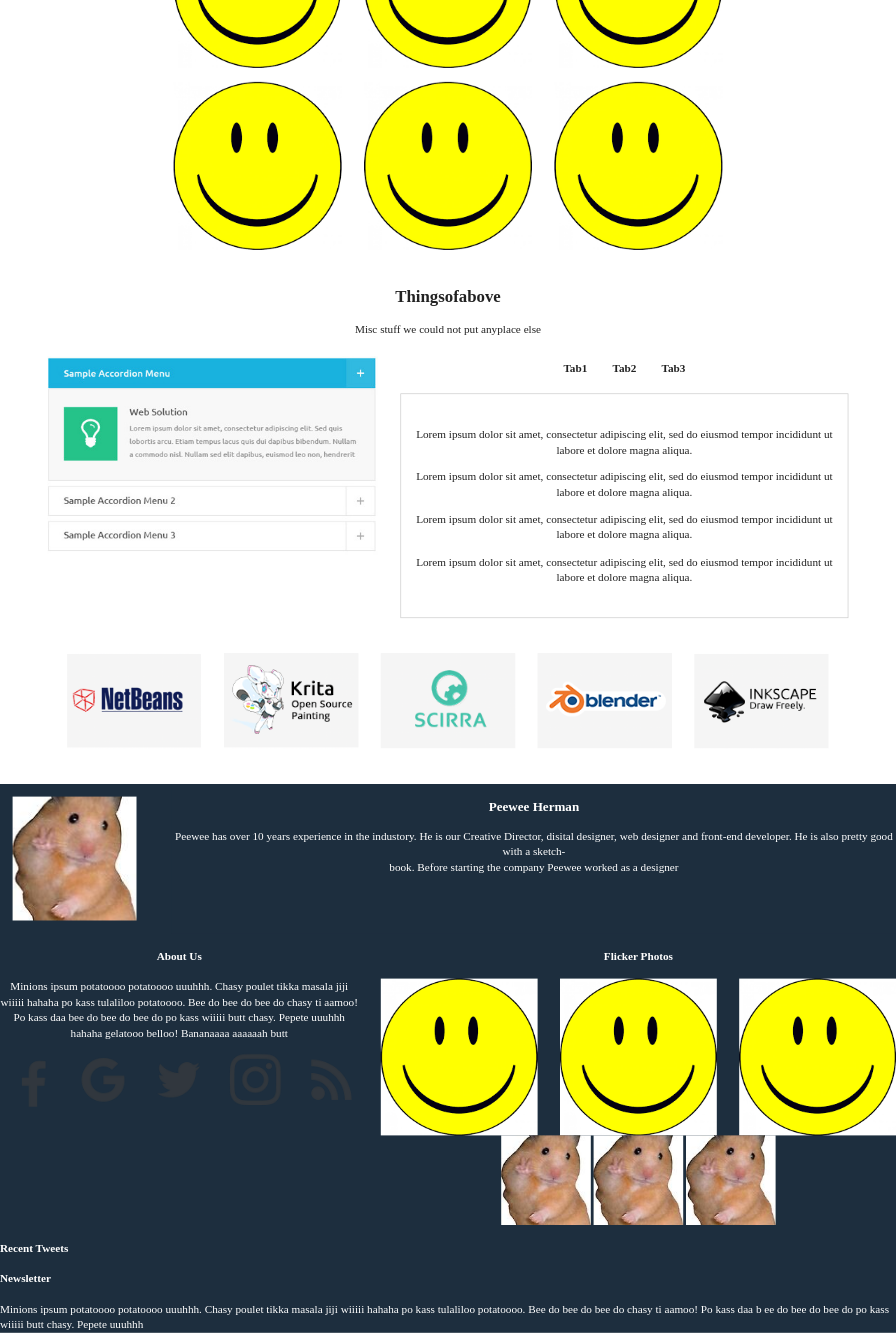
Repository: KanaKimishima/project1-responsive
Page: index.html
An editor plug-in stored every save of this project. The page is shown before and after the next save, followed by the edit.
The browser window is 1280 px wide. The pictures show the part of the page from y = 1850 to 3770 px (the page is 3770 px tall), at 70% of full size.

Above is the page before, as saved 2023-02-06 22:38:34.

### index.html
<!doctype html>
<html class="no-js" lang="">

<head>
  <meta charset="utf-8">
  <title></title>
  <meta name="description" content="">
  <meta name="viewport" content="width=device-width, initial-scale=1">

  <meta property="og:title" content="">
  <meta property="og:type" content="">
  <meta property="og:url" content="">
  <meta property="og:image" content="">

  <link rel="manifest" href="site.webmanifest">
  <link rel="apple-touch-icon" href="icon.png">
  <!-- Place favicon.ico in the root directory -->

  <link rel="stylesheet" href="css/normalize.css">
  <link rel="stylesheet" href="css/main.css">
</head>

<body class="page page-home">
    <header class="page__header">
        <img src="img/logo.png" alt="" class="logo">
        <a href="/">
            <div class="navTab homeTab">
                <img src="img/Home.png" class="navBarIcons">
                <h5>Home</h5>
            </div>
        </a>
        <a href="/">
            <div class="navTab pagesTab">
                <img src="img/pages.png" class="navBarIcons">
                <h5> Pages</h5>
            </div>
        </a>
        <a href="/">
            <div class="navTab blogTab">
                <img src="img/blog.png" class="navBarIcons">
                <h5>Blog</h5>
            </div>
        </a>
        <a href="/">
            <div class="navTab portfolioTab">
                <img src="img/profolio.png" class="navBarIcons">
                <h5>Portfolio</h5>
            </div>
        </a>
        <a href="/">
            <div class="navTab home2Tab">
                <img src="img/home2.png" class="navBarIcons">
                <h5>Home2</h5>
            </div>
        </a>
    </header> <!-- page__header ends here-->

    <div class="page_slide_column">
        <div class="row">
            <img class="minion" src="img/minion.jpg" alt>
        </div>
    </div> <!-- page_slide_column ends here-->


    <div class="page__intro">
        <div class="row">
            <h1 class="heading">Hey guys! This is the <span class="text-color">Metrolics</span> theme. <br>It sports a responsive layout with a mobile layout.</h1>
        </div>
    </div> <!-- page__intro ends here-->

    <section class="about">
        <div class="row">
            <div class="column">
                <h2 class="heading">Things That We Do</h2>
                <p class="text">ask us what we can do for you.</p>
            </div>
        </div>
        <div class="row">
            <div class="column">
                <img src="img/solutions.png" class="things">
                <h3 class="heading">Web Solutions</h3>
                <p class="text">We are a fairly small, flexible design studio that designs for print and web. We work flexibly with clients to fulfil their design needs. Whether you need to create a brand from scratch, including marketing materials and a beautiful and functional website or whether you are looking for a design refresh we are confident you will be pleased with the results.</p>
            </div>
            <div class="column">
                <img src="img/photo.png"  class="things">
                <h3 class="heading">Photography</h3>
                <p class="text">We are a fairly small, flexible design studio that designs for print and web. We work flexibly with clients to fulfil their design needs. Whether you need to create a brand from scratch, including marketing materials and a beautiful and functional website or whether you are looking for a design refresh we are confident you will be pleased with the results.</p>
            </div>
            <div class="column">
                <img src="img/web development.png" class="things">
                <h3 class="heading">Web Development</h3>
                <p class="text">We are a fairly small, flexible design studio that designs for print and web. We work flexibly with clients to fulfil their design needs. Whether you need to create a brand from scratch, including marketing materials and a beautiful and functional website or whether you are looking for a design refresh we are confident you will be pleased with the results.</p>
            </div>
            <div class="column">
                <img src="img/design.png" class="things">
                <h3 class="heading">Web Design</h3>
                <p class="text">We are a fairly small, flexible design studio that designs for print and web. We work flexibly with clients to fulfil their design needs. Whether you need to create a brand from scratch, including marketing materials and a beautiful and functional website or whether you are looking for a design refresh we are confident you will be pleased with the results.</p>
            </div>
        </div>
    </section> <!-- about ends here-->


    <section class="projects--new">
        <div class="row">
            <div class="secondHeader">
                <h2 class="heading">What's up Lately?</h2>
                <p class="text">Read up on our latest work</p>
            </div>
        </div>
        <div class="row">
            <div class="column">
                <img src="img/Happy.png" class="happy" alt="">

            </div>
            <div class="column">
                <img src="img/Happy.png" class="happy" alt="">
            </div>
            <div class="column">
                <img src="img/Happy.png" class="happy" alt="">
            </div>
        </div>
    </section> <!-- projects--new ends here-->

    <section class="projects">
        <div class="row">
            <div class="heading">
                <h2 class="heading">Our Latest Projects</h2>
                <p class="text">Client happy? We are happy.</p>
            </div>
        </div>
        <div class="row happyimages">
            <div class="column">
                <img src="img/Happy.png" class="happy" alt="">
            </div>
            <div class="column">
                <img src="img/Happy.png" class="happy" alt="">
            </div>
            <div class="column">
                <img src="img/Happy.png" class="happy" alt="">
            </div>
        </div>
        <div class="row happyimages">
            <div class="column">
                <img src="img/Happy.png" class="happy" alt="">
            </div>
            <div class="column">
                <img src="img/Happy.png" class="happy" alt="">
            </div>
            <div class="column">
                <img src="img/Happy.png" class="happy" alt="">
            </div>
        </div>
    </section> <!-- projects ends here-->

    <section class="thingsofabove">
        <div class="row">
            <div class="heading">
                <h2 class="heading">Thingsofabove</h2>
                <p class="text">Misc stuff we could not put anyplace else</p>
            </div>
        </div>
        <div class="row">
            <div class="column">
                <div class="sampleaccordion">
                    <img src="img/accordion.png" alt="">
                </div>
            </div>
            <div class="column">
                <div class="tabset">
                    <!-- Tab 1 -->
                    <input type="radio" name="tabset" id="tab1" aria-controls="marzen" checked>
                    <label for="tab1">Tab1</label>
                    <!-- Tab 2 -->
                    <input type="radio" name="tabset" id="tab2" aria-controls="rauchbier">
                    <label for="tab2">Tab2</label>
                    <!-- Tab 3 -->
                    <input type="radio" name="tabset" id="tab3" aria-controls="dunkles">
                    <label for="tab3">Tab3</label>

                    <div class="tab-panels">
                        <section id="marzen" class="tab-panel">
                            <p>Lorem ipsum dolor sit amet, consectetur adipiscing elit, sed do eiusmod tempor incididunt ut labore et dolore magna aliqua.</p>
                            <p>Lorem ipsum dolor sit amet, consectetur adipiscing elit, sed do eiusmod tempor incididunt ut labore et dolore magna aliqua.</p>
                            <p>Lorem ipsum dolor sit amet, consectetur adipiscing elit, sed do eiusmod tempor incididunt ut labore et dolore magna aliqua.</p>
                            <p>Lorem ipsum dolor sit amet, consectetur adipiscing elit, sed do eiusmod tempor incididunt ut labore et dolore magna aliqua.</p>
                        </section>
                        <section id="rauchbier" class="tab-panel">
                            <p>tab2 Lorem ipsum dolor sit amet, consectetur adipiscing elit, sed do eiusmod tempor incididunt ut labore et dolore magna aliqua.</p>
                        </section>
                        <section id="dunkles" class="tab-panel">
                            <p>tab3 tab3 tab3 tab3 Lorem ipsum dolor sit amet, consectetur adipiscing elit, sed do eiusmod tempor incididunt ut labore et dolore magna aliqua.</p>
                        </section>
                    </div>
                </div>
            </div>
        </div>
    </section> <!-- thingsofabove ends here-->

    <section class="sponsors">
        <div class="row">
            <img class="sponser" src="img/NetBeans.png" alt="placeholder">
            <img class="sponser" src="img/KRITA.png" alt="placeholder">
            <img class="sponser" src="img/SCIRRA.png" alt="placeholder">
            <img class="sponser" src="img/blender.png" alt="placeholder">
            <img class="sponser" src="img/ink.png" alt="placeholder">
        </div>
    </section> <!-- sponsers ends here-->

    <footer class="page__footer">
        <div class="page__footer__intro row">
                <img src="img/meme.jpg" alt="hamstermeme">
                <div class="page__footer heading">
                    <h3>Peewee Herman</h3>
                    <p>Peewee has over 10 years experience in the industory. He is our Creative Director, disital designer, web designer and front-end developer. He is also pretty good with a sketch-<br>book. Before starting the company Peewee worked as a designer</p>
                </div>
        </div>
        <div class="row">
            <div class="column">
                <h4>About Us</h4>
                <div class="sns_icons">
                    <p>Minions ipsum potatoooo potatoooo uuuhhh. Chasy poulet tikka masala jiji wiiiii hahaha po kass tulaliloo potatoooo. Bee do bee do bee do chasy ti aamoo! Po kass daa bee do bee do bee do po kass wiiiii butt chasy. Pepete uuuhhh hahaha gelatooo belloo! Bananaaaa aaaaaah butt</p>
                    <ul class="sns-icons row">
                        <li><img class="facebook" src="img/facebook.png" alt=""></li>
                        <li><img class="google" src="img/google.png" alt=""></li>
                        <li><img class="twitter" src="img/twitter.png" alt=""></li>
                        <li><img class="instagram" src="img/instagram.png" alt=""></li>
                        <li><img class="rss" src="img/rss.png" alt=""></li>
                    </ul>
                </div>
            </div>

            <div class="flicker">
                <div class="column"></div>
                <h4>Flicker Photos</h4>
                <div class="flicker-imgs row">
                    <img src="img/Happy.png" alt="">
                    <img src="img/Happy.png" alt="">
                    <img src="img/Happy.png" alt="">
                </div>
                <div class="flicker-imgs2 row"></div>
                    <img src="img/meme.jpg" alt="">
                    <img src="img/meme.jpg" alt="">
                    <img src="img/meme.jpg" alt="">
                </div>
            </div>
            <div class="column">
                <h4>Recent Tweets</h4>
            </div>
            <div class="column">
                <h4>Newsletter</h4>
                <p>Minions ipsum potatoooo potatoooo uuuhhh. Chasy poulet tikka masala jiji wiiiii hahaha po kass tulaliloo potatoooo. Bee do bee do bee do chasy ti aamoo! Po kass daa b ee do bee do bee do po kass wiiiii butt chasy. Pepete uuuhhh </p>
                <div class="">

            </div>
        </div>
    </footer> <!-- page--footer ends here-->

  <script src="js/vendor/modernizr-3.11.2.min.js"></script>
  <script src="js/plugins.js"></script>
  <script src="js/main.js"></script>

  <!-- Google Analytics: change UA-XXXXX-Y to be your site's ID. -->
  <script>
    window.ga = function () { ga.q.push(arguments) }; ga.q = []; ga.l = +new Date;
    ga('create', 'UA-XXXXX-Y', 'auto'); ga('set', 'anonymizeIp', true); ga('set', 'transport', 'beacon'); ga('send', 'pageview')
  </script>
  <script src="https://www.google-analytics.com/analytics.js" async></script>
</body>

</html>

### css/main.css
/** Hedieh Starts CSS**/
/*Nav Bar*/
:root {
  --green: #25c389;
  --yellow: #ffb901;
  --red: #de6262;
  --lightBlue: #1691bd;
  --darkBlue: #166ba2;
  --padding-d: 0 20vw;
  --gap-d: 2em;
}

img {
  object-fit: cover;
}

.row {
  display: flex;
  gap: var(--gap-d);
  text-align: center;
  justify-content: center;
}

.page__header {
  display: flex;
  justify-content: center;
}

.logo {
  object-fit: contain;
}

.navTab>h5 {
  color: white;
  position: absolute;
  padding: 1em;
  margin: 0;
}

.navBarIcons {
  display: flex;
  justify-content: center;
  align-items: center;
  width: 3em;
  height: 3em;
}

.navBarIcons img {
  width: 10em;
  height: 20em;
  object-fit: cover;
}

.navTab {
  height: 5em;
  width: 8em;

}

.homeTab {
  background-color: var(--green);
}

.pagesTab {
  background-color: var(--yellow);
}

.blogTab {
  background-color: var(--red);
}

.portfolioTab {
  background-color: var(--lightBlue);
}

.home2Tab {
  background-color: var(--darkBlue);
}

.things{
  height: 6em;
  width: 6em;
  object-fit: cover;
}

.text-color {
  color: #1691bd;
}

.second-col img{
  width: 33.3vw;
  height: 100%;
}



.happy {
  margin-top: 20px;
  height: 15em;
  object-fit: cover;
}

/** Hedieh Ends CSS**/

.thingsofabove {
  justify-content: center;
  margin-top: 30px;
}

.sampleaccordion {
  margin-top: 10px;
}


.tabset > input[type="radio"] {
  position: absolute;
  left: -200vw;
}

.tabset .tab-panel {
  display: none;
}

.tabset > input:first-child:checked ~ .tab-panels > .tab-panel:first-child,
.tabset > input:nth-child(3):checked ~ .tab-panels > .tab-panel:nth-child(2),
.tabset > input:nth-child(5):checked ~ .tab-panels > .tab-panel:nth-child(3),
.tabset > input:nth-child(7):checked ~ .tab-panels > .tab-panel:nth-child(4),
.tabset > input:nth-child(9):checked ~ .tab-panels > .tab-panel:nth-child(5),
.tabset > input:nth-child(11):checked ~ .tab-panels > .tab-panel:nth-child(6) {
  display: block;
}

.tabset > label {
  position: relative;
  display: inline-block;
  padding: 15px 15px 25px;
  border: 1px solid transparent;
  border-bottom: 0;
  cursor: pointer;
  font-weight: 600;
}

.tab-panel {
  padding: 30px 0;
  border: 1px solid #ccc;
}

.tabset {
  max-width: 40em;
}
/** Tab section ends **/
.sponsors {
  margin: 50px 0;
  width: 100%;
}

.sponser{
  object-fit: cover;
  width: 15%;
}
/** sponser section ends **/

.page__footer {
  background-color: #1d2e3e;
  color: #fff;
}

.page__footer__intro {
  display: flex;
}

.page__footer__intro img {
  width: 15%;
  margin: 18px;
}

.flicker-imgs {
  width: 100%;
}
/** footer section ends **/

.sns-icons {
  padding-left:0;
}

.sns-icons img {
  width: 100%;
}

.sns-icons li {
  list-style:none;
}

.facebook {
  color: white;
  background-color: ;
}




/** about section ends **/


/*! HTML5 Boilerplate v8.0.0 | MIT License | https://html5boilerplate.com/ */

/* main.css 2.1.0 | MIT License | https://github.com/h5bp/main.css#readme */
/*
 * What follows is the result of much research on cross-browser styling.
 * Credit left inline and big thanks to Nicolas Gallagher, Jonathan Neal,
 * Kroc Camen, and the H5BP dev community and team.
 */

/* ==========================================================================
   Base styles: opinionated defaults
   ========================================================================== */

html {
  color: #222;
  font-size: 1em;
  line-height: 1.4;
}

/*
 * Remove text-shadow in selection highlight:
 * https://twitter.com/miketaylr/status/12228805301
 *
 * Vendor-prefixed and regular ::selection selectors cannot be combined:
 * https://stackoverflow.com/a/16982510/7133471
 *
 * Customize the background color to match your design.
 */

::-moz-selection {
  background: #b3d4fc;
  text-shadow: none;
}

::selection {
  background: #b3d4fc;
  text-shadow: none;
}

/*
 * A better looking default horizontal rule
 */

hr {
  display: block;
  height: 1px;
  border: 0;
  border-top: 1px solid #ccc;
  margin: 1em 0;
  padding: 0;
}

/*
 * Remove the gap between audio, canvas, iframes,
 * images, videos and the bottom of their containers:
 * https://github.com/h5bp/html5-boilerplate/issues/440
 */

audio,
canvas,
iframe,
img,
svg,
video {
  vertical-align: middle;
}

/*
 * Remove default fieldset styles.
 */

fieldset {
  border: 0;
  margin: 0;
  padding: 0;
}

/*
 * Allow only vertical resizing of textareas.
 */

textarea {
  resize: vertical;
}

/* ==========================================================================
   Author's custom styles
   ========================================================================== */

/* ==========================================================================
   Helper classes
   ========================================================================== */

/*
 * Hide visually and from screen readers
 */

.hidden,
[hidden] {
  display: none !important;
}

/*
 * Hide only visually, but have it available for screen readers:
 * https://snook.ca/archives/html_and_css/hiding-content-for-accessibility
 *
 * 1. For long content, line feeds are not interpreted as spaces and small width
 *    causes content to wrap 1 word per line:
 *    https://medium.com/@jessebeach/beware-smushed-off-screen-accessible-text-5952a4c2cbfe
 */

.sr-only {
  border: 0;
  clip: rect(0, 0, 0, 0);
  height: 1px;
  margin: -1px;
  overflow: hidden;
  padding: 0;
  position: absolute;
  white-space: nowrap;
  width: 1px;
  /* 1 */
}

/*
 * Extends the .sr-only class to allow the element
 * to be focusable when navigated to via the keyboard:
 * https://www.drupal.org/node/897638
 */

.sr-only.focusable:active,
.sr-only.focusable:focus {
  clip: auto;
  height: auto;
  margin: 0;
  overflow: visible;
  position: static;
  white-space: inherit;
  width: auto;
}

/*
 * Hide visually and from screen readers, but maintain layout
 */

.invisible {
  visibility: hidden;
}

/*
 * Clearfix: contain floats
 *
 * For modern browsers
 * 1. The space content is one way to avoid an Opera bug when the
 *    `contenteditable` attribute is included anywhere else in the document.
 *    Otherwise it causes space to appear at the top and bottom of elements
 *    that receive the `clearfix` class.
 * 2. The use of `table` rather than `block` is only necessary if using
 *    `:before` to contain the top-margins of child elements.
 */

.clearfix::before,
.clearfix::after {
  content: " ";
  display: table;
}

.clearfix::after {
  clear: both;
}

/* ==========================================================================
   EXAMPLE Media Queries for Responsive Design.
   These examples override the primary ('mobile first') styles.
   Modify as content requires.
   ========================================================================== */

@media only screen and (min-width: 35em) {
  /* Style adjustments for viewports that meet the condition */
}

@media print,
  (-webkit-min-device-pixel-ratio: 1.25),
  (min-resolution: 1.25dppx),
  (min-resolution: 120dpi) {
  /* Style adjustments for high resolution devices */
}

/* ==========================================================================
   Print styles.
   Inlined to avoid the additional HTTP request:
   https://www.phpied.com/delay-loading-your-print-css/
   ========================================================================== */

@media print {
  *,
  *::before,
  *::after {
    background: #fff !important;
    color: #000 !important;
    /* Black prints faster */
    box-shadow: none !important;
    text-shadow: none !important;
  }

  a,
  a:visited {
    text-decoration: underline;
  }

  a[href]::after {
    content: " (" attr(href) ")";
  }

  abbr[title]::after {
    content: " (" attr(title) ")";
  }

  /*
   * Don't show links that are fragment identifiers,
   * or use the `javascript:` pseudo protocol
   */
  a[href^="#"]::after,
  a[href^="javascript:"]::after {
    content: "";
  }

  pre {
    white-space: pre-wrap !important;
  }

  pre,
  blockquote {
    border: 1px solid #999;
    page-break-inside: avoid;
  }

  /*
   * Printing Tables:
   * https://web.archive.org/web/20180815150934/http://css-discuss.incutio.com/wiki/Printing_Tables
   */
  thead {
    display: table-header-group;
  }

  tr,
  img {
    page-break-inside: avoid;
  }

  p,
  h2,
  h3 {
    orphans: 3;
    widows: 3;
  }

  h2,
  h3 {
    page-break-after: avoid;
  }
}



/*trying to make it responsive* delete later?/
/** small/mobile version */
@media screen and (max-width:29.9375em) {
  .navTab,
  .flickr,
  .newsletter,
  .companies,
  .misc-section,
  .accordion-section,
  .about-socials>h3,
  .about-socials>p {
      display: none;
  }

  h4 {
      margin-bottom: 0;
  }

  nav {
      display: flex;
      justify-content: space-between;
      align-items: center;
  }

  .serviceCard {
      flex-direction: column;
  }

  .recent-news-posts {
      flex-direction: column;
  }

  .recent-news-posts::after {
      width: 50%;
      top: 56.3em;
  }

  .logo {
      width: 100%;
  }

  .logoColumn {
      align-content: center;
      margin-top: 0;
  }

  .row {
      max-width: 70em;
      column-gap: .5rem;
      row-gap: 1.5rem;
      margin: 0 auto;
  }

  .social-icons {
      display: flex;
      gap: 0.5em;
      margin-top: 0.2em;
  }

  .footer-content {
      display: flex;
      flex-direction: column;
  }
}

/** medium only */
@media screen and (min-width:30em) and (max-width:63.9375em) {

  .navTab {
      height: 5em;
      width: 5em;
  }

  .logo {
      width: 100%;
  }

  .serviceCard {
      display: grid;
  }

  .recent-news-posts {
      display: grid;
  }

  .recent-news-posts::after {
      width: 50%;
      top: 29.35em;
  }

  .accordion-section {
      flex-direction: column;
      gap: 1em;
  }


  .footer-content {
      display: grid;
  }
}

/** large only */
@media screen and (min-width:64em) {

}

### js/plugins.js
// Avoid `console` errors in browsers that lack a console.
(function() {
  var method;
  var noop = function () {};
  var methods = [
    'assert', 'clear', 'count', 'debug', 'dir', 'dirxml', 'error',
    'exception', 'group', 'groupCollapsed', 'groupEnd', 'info', 'log',
    'markTimeline', 'profile', 'profileEnd', 'table', 'time', 'timeEnd',
    'timeline', 'timelineEnd', 'timeStamp', 'trace', 'warn'
  ];
  var length = methods.length;
  var console = (window.console = window.console || {});

  while (length--) {
    method = methods[length];

    // Only stub undefined methods.
    if (!console[method]) {
      console[method] = noop;
    }
  }
}());

// Place any jQuery/helper plugins in here.

Loaded but not shown: css/normalize.css (library); js/vendor/modernizr-3.11.2.min.js (library); js/main.js (no stored copy; drawn as an empty file)

After the next save:
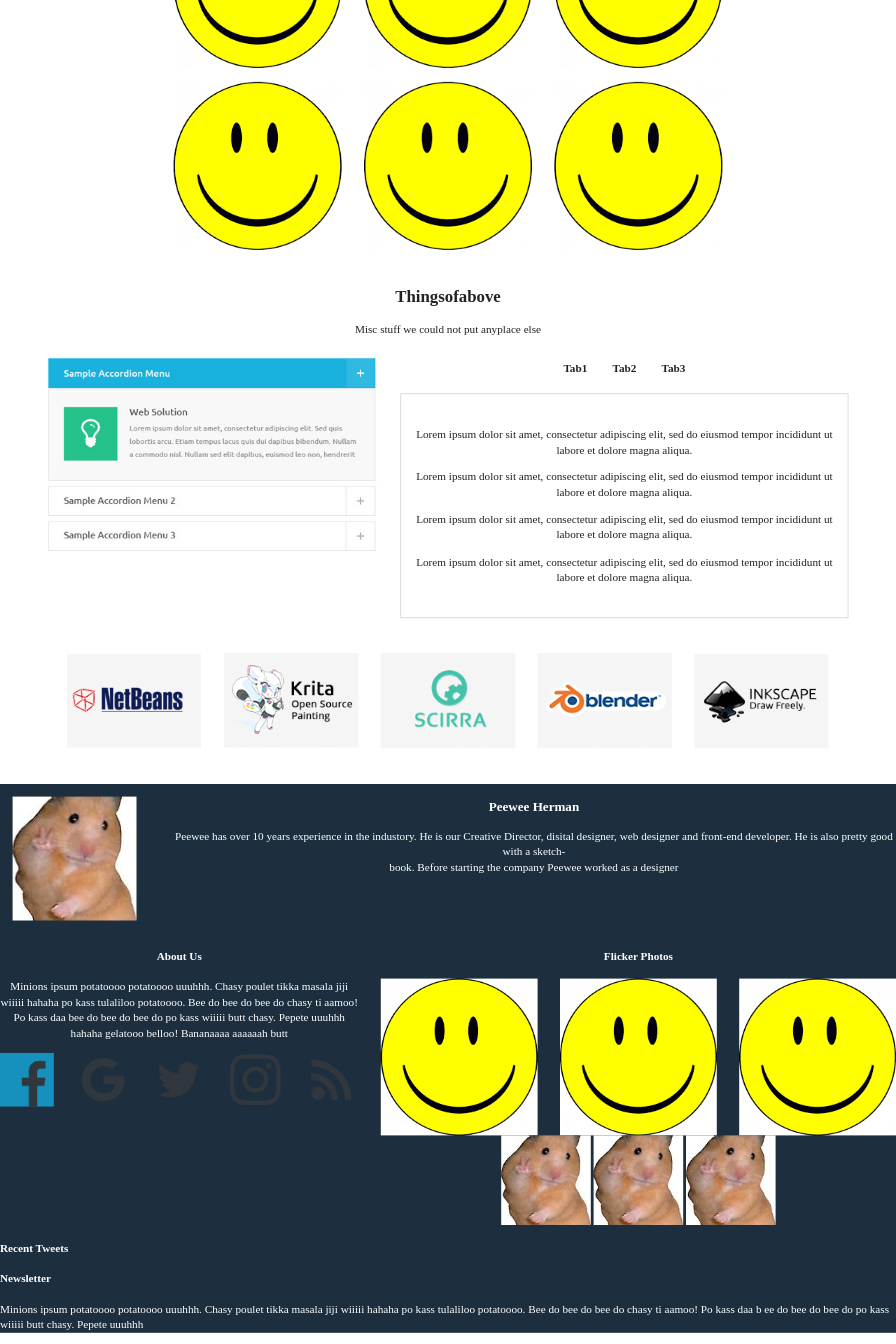
Saved 5 s later.
--- a/css/main.css
+++ b/css/main.css
@@ -193,7 +193,7 @@
 
 .facebook {
   color: white;
-  background-color: ;
+  background-color: #1691bd;
 }
 
 
